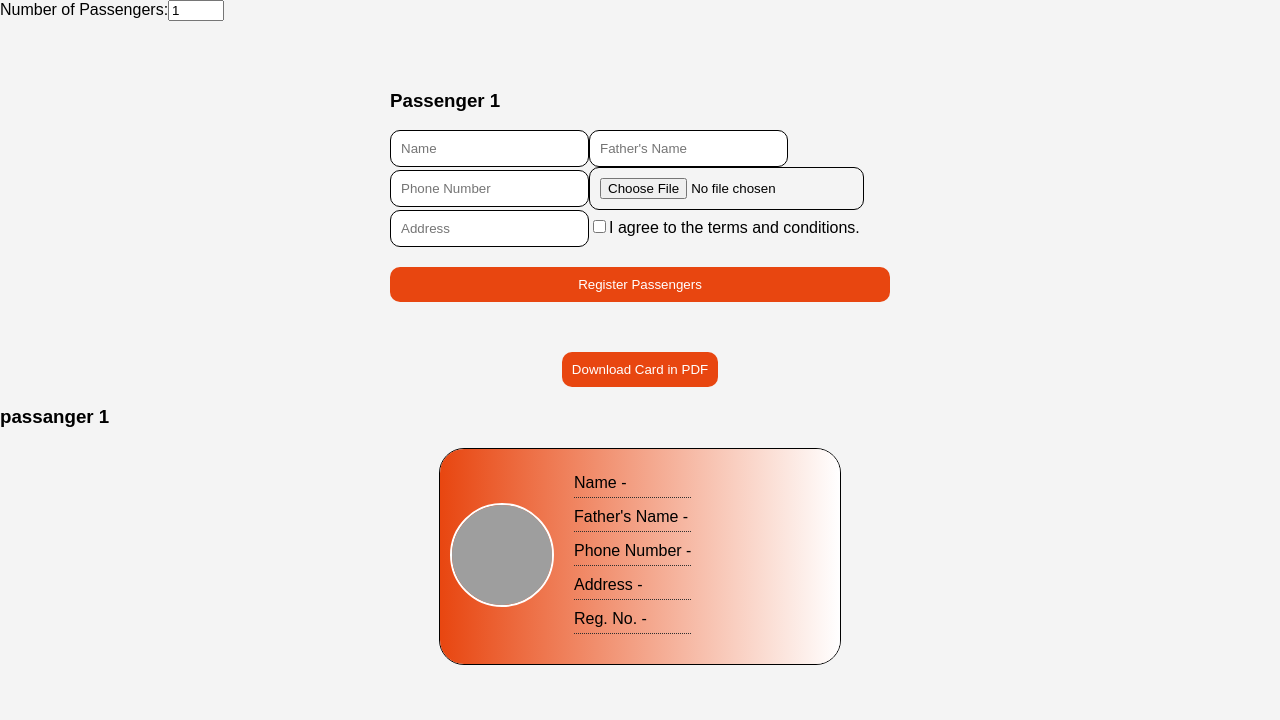
Repository: pripriya09/StudentID-Card-Download
Page: / (app in frontend/)
An editor plug-in stored every save of this project. The page is shown before and after a run of saves, followed by the edit.
The browser window is 1280 px wide. The pictures show the whole page.
Pictures or frames that could not be fetched are drawn as grey boxes. The project was rebuilt for these pictures with package versions that can differ from the ones it lists, and the page was loaded fresh each time. Also part of the build but not shown: frontend/vite.config.js.

Above is the page before, as saved 2025-01-13 11:39:52.

After the next 2 saves:
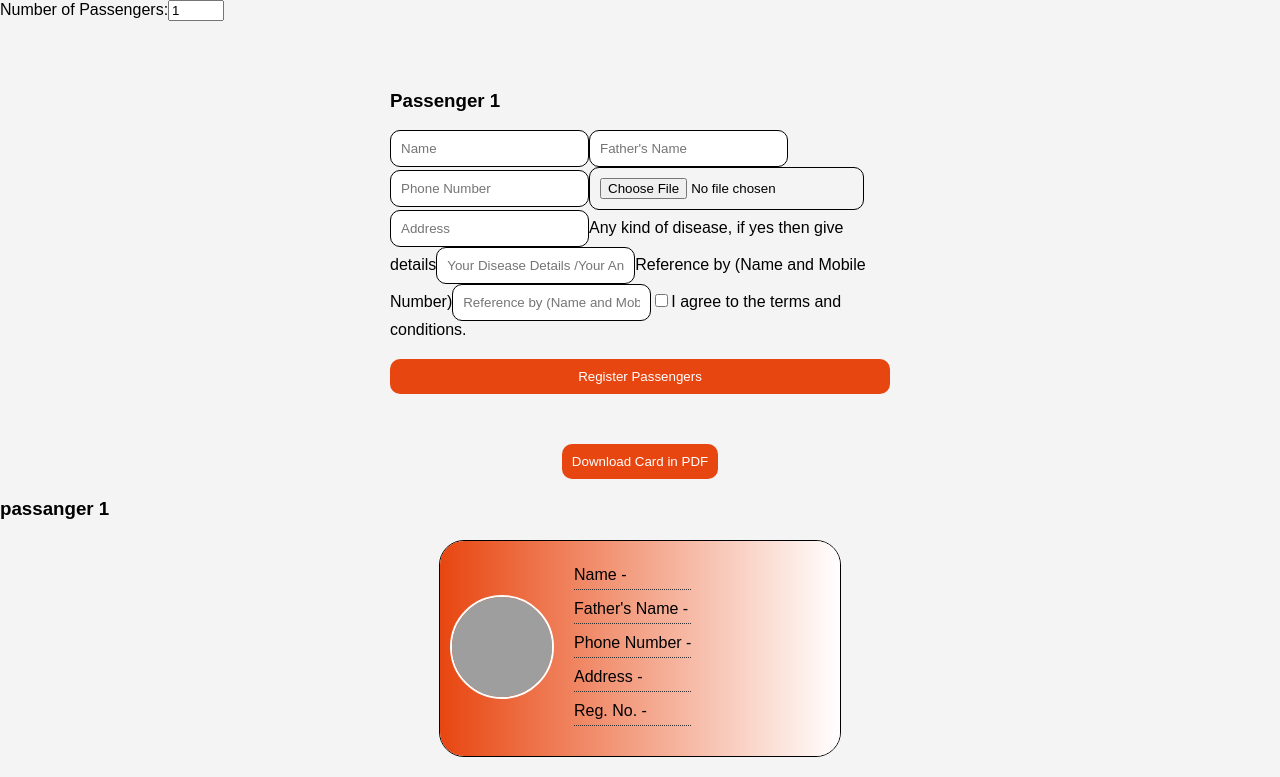
The 2 saves are shown as one change because they came seconds apart.
The last was saved 12 s later.
--- a/frontend/src/Form.jsx
+++ b/frontend/src/Form.jsx
@@ -216,6 +216,23 @@ const Form = () => {
                 onChange={(e) => handleChange(index, e)}
                 required
               />
+              <label>Any kind of disease, if yes then give details
+          <input type="text"
+          placeholder="Your Disease Details /Your Answers"
+        value={disease}
+        onChange={(e)=>setDisease(e.target.value)}
+          />
+        </label>
+      <label>
+      Reference by (Name and Mobile Number)
+      <input
+  type="text"
+  name="reference"
+  placeholder="Reference by (Name and Mobile Number)"
+  value={formData[index].reference || ""}
+  onChange={(e) => handleChange(index, e)}
+  required
+/></label>
               <label>
                 <input
                   type="checkbox"
